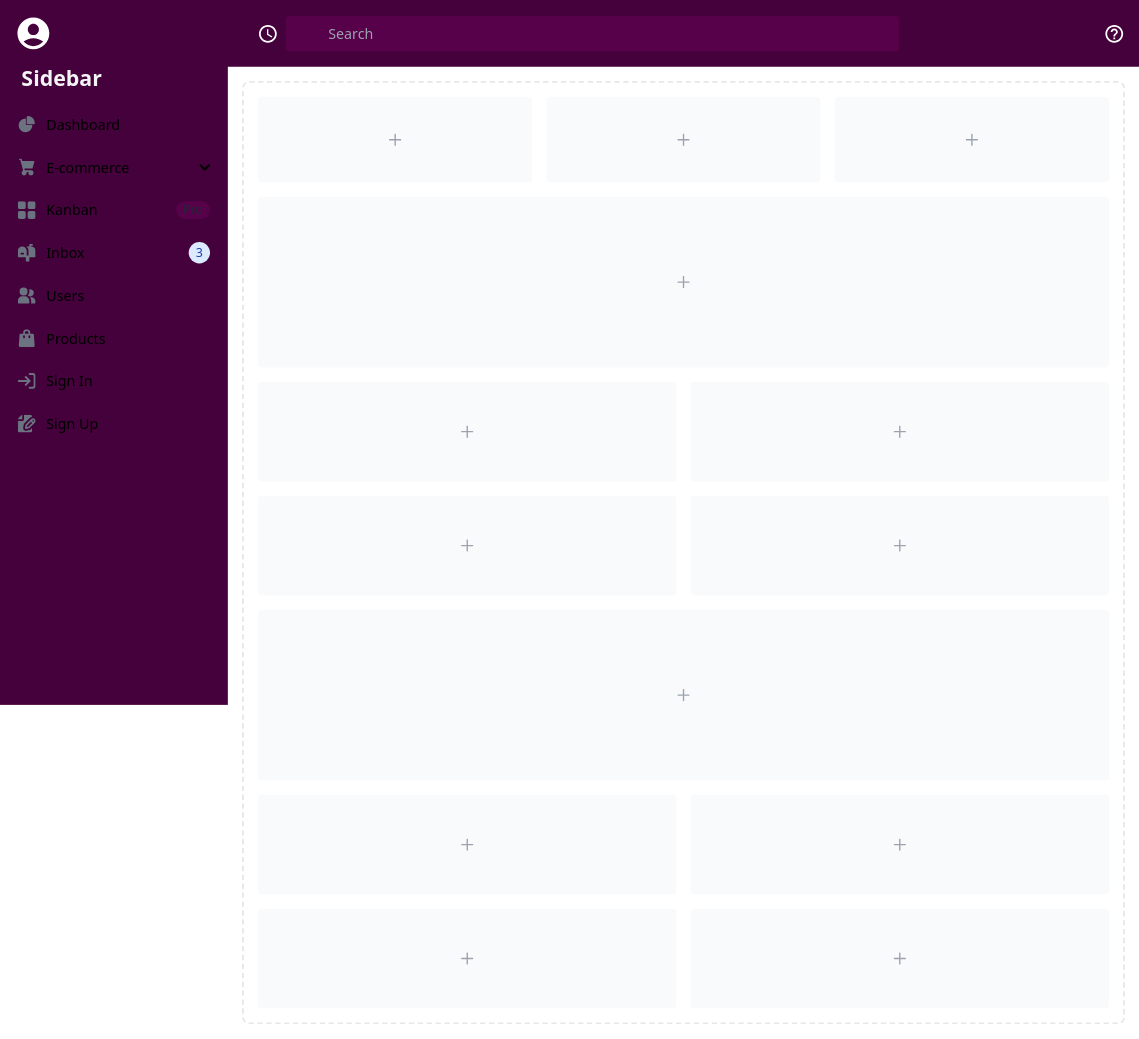
Repository: Shamraiz761/Slack_clone
Page: /
An editor plug-in stored every save of this project. The page is shown before and after the next save, followed by the edit.
The browser window is 1280 px wide. The pictures show the whole page, at 89% of full size.
The project was rebuilt for these pictures with package versions that can differ from the ones it lists, and the page was loaded fresh each time. Also part of the build but not shown: vite.config.js.

Above is the page before, as saved 2024-01-14 19:25:28.

### src/App.jsx

import React from 'react'
import Header from './components/header/Header'
import Sidebar from './components/sidebar/Sidebar'
function App() {

  return (
  <div className="">
    <div>
      <Header />
      </div>

      <Sidebar />
      {/* Other main content goes here */}
    </div>
  )
}

export default App

### src/components/sidebar/Sidebar.jsx
import React from "react";

function Sidebar() {
  return (
    <div className="relative">


      <aside
        id="sidebar-multi-level-sidebar"
        className="absolute top-full left-0 mt-[-1095px]  bg-[#45013b] w-64 h-screen transition-transform -translate-x-full sm:translate-x-0"
        aria-label="Sidebar"
      >
        <h1 className="ml-6 font-bold text-2xl text-gray-100">Sidebar</h1>
        <div className="h-full px-3 py-4 overflow-y-auto ">
          <ul className="space-y-2 font-medium">
            <li>
              <a
                href="#"
                className="flex items-center p-2  rounded-lg dark:text-white hover:bg-[#57014a]  group"
              >
                <svg
                  className="w-5 h-5 text-gray-500 transition duration-75 dark:text-gray-400 group-hover: dark:group-hover:text-white"
                  aria-hidden="true"
                  xmlns="http://www.w3.org/2000/svg"
                  fill="currentColor"
                  viewBox="0 0 22 21"
                >
                  <path d="M16.975 11H10V4.025a1 1 0 0 0-1.066-.998 8.5 8.5 0 1 0 9.039 9.039.999.999 0 0 0-1-1.066h.002Z" />
                  <path d="M12.5 0c-.157 0-.311.01-.565.027A1 1 0 0 0 11 1.02V10h8.975a1 1 0 0 0 1-.935c.013-.188.028-.374.028-.565A8.51 8.51 0 0 0 12.5 0Z" />
                </svg>
                <span className="ms-3">Dashboard</span>
              </a>
            </li>
            <li>
              <button
                type="button"
                className="flex items-center w-full p-2 text-base  transition duration-75 rounded-lg group hover:bg-[#57014a] dark:text-white "
                aria-controls="dropdown-example"
                data-collapse-toggle="dropdown-example"
              >
                <svg
                  className="flex-shrink-0 w-5 h-5 text-gray-500 transition duration-75 group-hover: dark:text-gray-400 dark:group-hover:text-white"
                  aria-hidden="true"
                  xmlns="http://www.w3.org/2000/svg"
                  fill="currentColor"
                  viewBox="0 0 18 21"
                >
                  <path d="M15 12a1 1 0 0 0 .962-.726l2-7A1 1 0 0 0 17 3H3.77L3.175.745A1 1 0 0 0 2.208 0H1a1 1 0 0 0 0 2h.438l.6 2.255v.019l2 7 .746 2.986A3 3 0 1 0 9 17a2.966 2.966 0 0 0-.184-1h2.368c-.118.32-.18.659-.184 1a3 3 0 1 0 3-3H6.78l-.5-2H15Z" />
                </svg>
                <span className="flex-1 ms-3 text-left rtl:text-right whitespace-nowrap">
                  E-commerce
                </span>
                <svg
                  className="w-3 h-3"
                  aria-hidden="true"
                  xmlns="http://www.w3.org/2000/svg"
                  fill="none"
                  viewBox="0 0 10 6"
                >
                  <path
                    stroke="currentColor"
                    stroke-linecap="round"
                    stroke-linejoin="round"
                    stroke-width="2"
                    d="m1 1 4 4 4-4"
                  />
                </svg>
              </button>
              <ul id="dropdown-example" className="hidden py-2 space-y-2">
                <li>
                  <a
                    href="#"
                    className="flex items-center w-full p-2  transition duration-75 rounded-lg pl-11 group hover:bg-[#57014a] dark:text-white "
                  >
                    Products
                  </a>
                </li>
                <li>
                  <a
                    href="#"
                    className="flex items-center w-full p-2  transition duration-75 rounded-lg pl-11 group hover:bg-[#57014a] dark:text-white "
                  >
                    Billing
                  </a>
                </li>
                <li>
                  <a
                    href="#"
                    className="flex items-center w-full p-2  transition duration-75 rounded-lg pl-11 group hover:bg-[#57014a] dark:text-white "
                  >
                    Invoice
                  </a>
                </li>
              </ul>
            </li>
            <li>
              <a
                href="#"
                className="flex items-center p-2  rounded-lg dark:text-white hover:bg-[#57014a]  group"
              >
                <svg
                  className="flex-shrink-0 w-5 h-5 text-gray-500 transition duration-75 dark:text-gray-400 group-hover: dark:group-hover:text-white"
                  aria-hidden="true"
                  xmlns="http://www.w3.org/2000/svg"
                  fill="currentColor"
                  viewBox="0 0 18 18"
                >
                  <path d="M6.143 0H1.857A1.857 1.857 0 0 0 0 1.857v4.286C0 7.169.831 8 1.857 8h4.286A1.857 1.857 0 0 0 8 6.143V1.857A1.857 1.857 0 0 0 6.143 0Zm10 0h-4.286A1.857 1.857 0 0 0 10 1.857v4.286C10 7.169 10.831 8 11.857 8h4.286A1.857 1.857 0 0 0 18 6.143V1.857A1.857 1.857 0 0 0 16.143 0Zm-10 10H1.857A1.857 1.857 0 0 0 0 11.857v4.286C0 17.169.831 18 1.857 18h4.286A1.857 1.857 0 0 0 8 16.143v-4.286A1.857 1.857 0 0 0 6.143 10Zm10 0h-4.286A1.857 1.857 0 0 0 10 11.857v4.286c0 1.026.831 1.857 1.857 1.857h4.286A1.857 1.857 0 0 0 18 16.143v-4.286A1.857 1.857 0 0 0 16.143 10Z" />
                </svg>
                <span className="flex-1 ms-3 whitespace-nowrap">Kanban</span>
                <span className="inline-flex items-center justify-center px-2 ms-3 text-sm font-medium text-gray-800 bg-[#57014a] rounded-full dark:bg-gray-700 dark:text-gray-300">
                  Pro
                </span>
              </a>
            </li>
            <li>
              <a
                href="#"
                className="flex items-center p-2  rounded-lg dark:text-white hover:bg-[#57014a]  group"
              >
                <svg
                  className="flex-shrink-0 w-5 h-5 text-gray-500 transition duration-75 dark:text-gray-400 group-hover: dark:group-hover:text-white"
                  aria-hidden="true"
                  xmlns="http://www.w3.org/2000/svg"
                  fill="currentColor"
                  viewBox="0 0 20 20"
                >
                  <path d="m17.418 3.623-.018-.008a6.713 6.713 0 0 0-2.4-.569V2h1a1 1 0 1 0 0-2h-2a1 1 0 0 0-1 1v2H9.89A6.977 6.977 0 0 1 12 8v5h-2V8A5 5 0 1 0 0 8v6a1 1 0 0 0 1 1h8v4a1 1 0 0 0 1 1h2a1 1 0 0 0 1-1v-4h6a1 1 0 0 0 1-1V8a5 5 0 0 0-2.582-4.377ZM6 12H4a1 1 0 0 1 0-2h2a1 1 0 0 1 0 2Z" />
                </svg>
                <span className="flex-1 ms-3 whitespace-nowrap">Inbox</span>
                <span className="inline-flex items-center justify-center w-3 h-3 p-3 ms-3 text-sm font-medium text-blue-800 bg-blue-100 rounded-full dark:bg-blue-900 dark:text-blue-300">
                  3
                </span>
              </a>
            </li>
            <li>
              <a
                href="#"
                className="flex items-center p-2  rounded-lg dark:text-white hover:bg-[#57014a]  group"
              >
                <svg
                  className="flex-shrink-0 w-5 h-5 text-gray-500 transition duration-75 dark:text-gray-400 group-hover: dark:group-hover:text-white"
                  aria-hidden="true"
                  xmlns="http://www.w3.org/2000/svg"
                  fill="currentColor"
                  viewBox="0 0 20 18"
                >
                  <path d="M14 2a3.963 3.963 0 0 0-1.4.267 6.439 6.439 0 0 1-1.331 6.638A4 4 0 1 0 14 2Zm1 9h-1.264A6.957 6.957 0 0 1 15 15v2a2.97 2.97 0 0 1-.184 1H19a1 1 0 0 0 1-1v-1a5.006 5.006 0 0 0-5-5ZM6.5 9a4.5 4.5 0 1 0 0-9 4.5 4.5 0 0 0 0 9ZM8 10H5a5.006 5.006 0 0 0-5 5v2a1 1 0 0 0 1 1h11a1 1 0 0 0 1-1v-2a5.006 5.006 0 0 0-5-5Z" />
                </svg>
                <span className="flex-1 ms-3 whitespace-nowrap">Users</span>
              </a>
            </li>
            <li>
              <a
                href="#"
                className="flex items-center p-2  rounded-lg dark:text-white hover:bg-[#57014a]  group"
              >
                <svg
                  className="flex-shrink-0 w-5 h-5 text-gray-500 transition duration-75 dark:text-gray-400 group-hover: dark:group-hover:text-white"
                  aria-hidden="true"
                  xmlns="http://www.w3.org/2000/svg"
                  fill="currentColor"
                  viewBox="0 0 18 20"
                >
                  <path d="M17 5.923A1 1 0 0 0 16 5h-3V4a4 4 0 1 0-8 0v1H2a1 1 0 0 0-1 .923L.086 17.846A2 2 0 0 0 2.08 20h13.84a2 2 0 0 0 1.994-2.153L17 5.923ZM7 9a1 1 0 0 1-2 0V7h2v2Zm0-5a2 2 0 1 1 4 0v1H7V4Zm6 5a1 1 0 1 1-2 0V7h2v2Z" />
                </svg>
                <span className="flex-1 ms-3 whitespace-nowrap">Products</span>
              </a>
            </li>
            <li>
              <a
                href="#"
                className="flex items-center p-2  rounded-lg dark:text-white hover:bg-[#57014a]  group"
              >
                <svg
                  className="flex-shrink-0 w-5 h-5 text-gray-500 transition duration-75 dark:text-gray-400 group-hover: dark:group-hover:text-white"
                  aria-hidden="true"
                  xmlns="http://www.w3.org/2000/svg"
                  fill="none"
                  viewBox="0 0 18 16"
                >
                  <path
                    stroke="currentColor"
                    stroke-linecap="round"
                    stroke-linejoin="round"
                    stroke-width="2"
                    d="M1 8h11m0 0L8 4m4 4-4 4m4-11h3a2 2 0 0 1 2 2v10a2 2 0 0 1-2 2h-3"
                  />
                </svg>
                <span className="flex-1 ms-3 whitespace-nowrap">Sign In</span>
              </a>
            </li>
            <li>
              <a
                href="#"
                className="flex items-center p-2  rounded-lg dark:text-white hover:bg-[#57014a]  group"
              >
                <svg
                  className="flex-shrink-0 w-5 h-5 text-gray-500 transition duration-75 dark:text-gray-400 group-hover: dark:group-hover:text-white"
                  aria-hidden="true"
                  xmlns="http://www.w3.org/2000/svg"
                  fill="currentColor"
                  viewBox="0 0 20 20"
                >
                  <path d="M5 5V.13a2.96 2.96 0 0 0-1.293.749L.879 3.707A2.96 2.96 0 0 0 .13 5H5Z" />
                  <path d="M6.737 11.061a2.961 2.961 0 0 1 .81-1.515l6.117-6.116A4.839 4.839 0 0 1 16 2.141V2a1.97 1.97 0 0 0-1.933-2H7v5a2 2 0 0 1-2 2H0v11a1.969 1.969 0 0 0 1.933 2h12.134A1.97 1.97 0 0 0 16 18v-3.093l-1.546 1.546c-.413.413-.94.695-1.513.81l-3.4.679a2.947 2.947 0 0 1-1.85-.227 2.96 2.96 0 0 1-1.635-3.257l.681-3.397Z" />
                  <path d="M8.961 16a.93.93 0 0 0 .189-.019l3.4-.679a.961.961 0 0 0 .49-.263l6.118-6.117a2.884 2.884 0 0 0-4.079-4.078l-6.117 6.117a.96.96 0 0 0-.263.491l-.679 3.4A.961.961 0 0 0 8.961 16Zm7.477-9.8a.958.958 0 0 1 .68-.281.961.961 0 0 1 .682 1.644l-.315.315-1.36-1.36.313-.318Zm-5.911 5.911 4.236-4.236 1.359 1.359-4.236 4.237-1.7.339.341-1.699Z" />
                </svg>
                <span className="flex-1 ms-3 whitespace-nowrap">Sign Up</span>
              </a>
            </li>
          </ul>
        </div>
      </aside>

      <div className="p-4 sm:ml-64">
        <div className="p-4 border-2 border-gray-200 border-dashed rounded-lg dark:border-gray-700">
          <div className="grid grid-cols-3 gap-4 mb-4">
            <div className="flex items-center justify-center h-24 rounded bg-gray-50 dark:bg-gray-800">
              <p className="text-2xl text-gray-400 dark:text-gray-500">
                <svg
                  className="w-3.5 h-3.5"
                  aria-hidden="true"
                  xmlns="http://www.w3.org/2000/svg"
                  fill="none"
                  viewBox="0 0 18 18"
                >
                  <path
                    stroke="currentColor"
                    stroke-linecap="round"
                    stroke-linejoin="round"
                    stroke-width="2"
                    d="M9 1v16M1 9h16"
                  />
                </svg>
              </p>
            </div>
            <div className="flex items-center justify-center h-24 rounded bg-gray-50 dark:bg-gray-800">
              <p className="text-2xl text-gray-400 dark:text-gray-500">
                <svg
                  className="w-3.5 h-3.5"
                  aria-hidden="true"
                  xmlns="http://www.w3.org/2000/svg"
                  fill="none"
                  viewBox="0 0 18 18"
                >
                  <path
                    stroke="currentColor"
                    stroke-linecap="round"
                    stroke-linejoin="round"
                    stroke-width="2"
                    d="M9 1v16M1 9h16"
                  />
                </svg>
              </p>
            </div>
            <div className="flex items-center justify-center h-24 rounded bg-gray-50 dark:bg-gray-800">
              <p className="text-2xl text-gray-400 dark:text-gray-500">
                <svg
                  className="w-3.5 h-3.5"
                  aria-hidden="true"
                  xmlns="http://www.w3.org/2000/svg"
                  fill="none"
                  viewBox="0 0 18 18"
                >
                  <path
                    stroke="currentColor"
                    stroke-linecap="round"
                    stroke-linejoin="round"
                    stroke-width="2"
                    d="M9 1v16M1 9h16"
                  />
                </svg>
              </p>
            </div>
          </div>
          <div className="flex items-center justify-center h-48 mb-4 rounded bg-gray-50 dark:bg-gray-800">
            <p className="text-2xl text-gray-400 dark:text-gray-500">
              <svg
                className="w-3.5 h-3.5"
                aria-hidden="true"
                xmlns="http://www.w3.org/2000/svg"
                fill="none"
                viewBox="0 0 18 18"
              >
                <path
                  stroke="currentColor"
                  stroke-linecap="round"
                  stroke-linejoin="round"
                  stroke-width="2"
                  d="M9 1v16M1 9h16"
                />
              </svg>
            </p>
          </div>
          <div className="grid grid-cols-2 gap-4 mb-4">
            <div className="flex items-center justify-center rounded bg-gray-50 h-28 dark:bg-gray-800">
              <p className="text-2xl text-gray-400 dark:text-gray-500">
                <svg
                  className="w-3.5 h-3.5"
                  aria-hidden="true"
                  xmlns="http://www.w3.org/2000/svg"
                  fill="none"
                  viewBox="0 0 18 18"
                >
                  <path
                    stroke="currentColor"
                    stroke-linecap="round"
                    stroke-linejoin="round"
                    stroke-width="2"
                    d="M9 1v16M1 9h16"
                  />
                </svg>
              </p>
            </div>
            <div className="flex items-center justify-center rounded bg-gray-50 h-28 dark:bg-gray-800">
              <p className="text-2xl text-gray-400 dark:text-gray-500">
                <svg
                  className="w-3.5 h-3.5"
                  aria-hidden="true"
                  xmlns="http://www.w3.org/2000/svg"
                  fill="none"
                  viewBox="0 0 18 18"
                >
                  <path
                    stroke="currentColor"
                    stroke-linecap="round"
                    stroke-linejoin="round"
                    stroke-width="2"
                    d="M9 1v16M1 9h16"
                  />
                </svg>
              </p>
            </div>
            <div className="flex items-center justify-center rounded bg-gray-50 h-28 dark:bg-gray-800">
              <p className="text-2xl text-gray-400 dark:text-gray-500">
                <svg
                  className="w-3.5 h-3.5"
                  aria-hidden="true"
                  xmlns="http://www.w3.org/2000/svg"
                  fill="none"
                  viewBox="0 0 18 18"
                >
                  <path
                    stroke="currentColor"
                    stroke-linecap="round"
                    stroke-linejoin="round"
                    stroke-width="2"
                    d="M9 1v16M1 9h16"
                  />
                </svg>
              </p>
            </div>
            <div className="flex items-center justify-center rounded bg-gray-50 h-28 dark:bg-gray-800">
              <p className="text-2xl text-gray-400 dark:text-gray-500">
                <svg
                  className="w-3.5 h-3.5"
                  aria-hidden="true"
                  xmlns="http://www.w3.org/2000/svg"
                  fill="none"
                  viewBox="0 0 18 18"
                >
                  <path
                    stroke="currentColor"
                    stroke-linecap="round"
                    stroke-linejoin="round"
                    stroke-width="2"
                    d="M9 1v16M1 9h16"
                  />
                </svg>
              </p>
            </div>
          </div>
          <div className="flex items-center justify-center h-48 mb-4 rounded bg-gray-50 dark:bg-gray-800">
            <p className="text-2xl text-gray-400 dark:text-gray-500">
              <svg
                className="w-3.5 h-3.5"
                aria-hidden="true"
                xmlns="http://www.w3.org/2000/svg"
                fill="none"
                viewBox="0 0 18 18"
              >
                <path
                  stroke="currentColor"
                  stroke-linecap="round"
                  stroke-linejoin="round"
                  stroke-width="2"
                  d="M9 1v16M1 9h16"
                />
              </svg>
            </p>
          </div>
          <div className="grid grid-cols-2 gap-4">
            <div className="flex items-center justify-center rounded bg-gray-50 h-28 dark:bg-gray-800">
              <p className="text-2xl text-gray-400 dark:text-gray-500">
                <svg
                  className="w-3.5 h-3.5"
                  aria-hidden="true"
                  xmlns="http://www.w3.org/2000/svg"
                  fill="none"
                  viewBox="0 0 18 18"
                >
                  <path
                    stroke="currentColor"
                    stroke-linecap="round"
                    stroke-linejoin="round"
                    stroke-width="2"
                    d="M9 1v16M1 9h16"
                  />
                </svg>
              </p>
            </div>
            <div className="flex items-center justify-center rounded bg-gray-50 h-28 dark:bg-gray-800">
              <p className="text-2xl text-gray-400 dark:text-gray-500">
                <svg
                  className="w-3.5 h-3.5"
                  aria-hidden="true"
                  xmlns="http://www.w3.org/2000/svg"
                  fill="none"
                  viewBox="0 0 18 18"
                >
                  <path
                    stroke="currentColor"
                    stroke-linecap="round"
                    stroke-linejoin="round"
                    stroke-width="2"
                    d="M9 1v16M1 9h16"
                  />
                </svg>
              </p>
            </div>
            <div className="flex items-center justify-center rounded bg-gray-50 h-28 dark:bg-gray-800">
              <p className="text-2xl text-gray-400 dark:text-gray-500">
                <svg
                  className="w-3.5 h-3.5"
                  aria-hidden="true"
                  xmlns="http://www.w3.org/2000/svg"
                  fill="none"
                  viewBox="0 0 18 18"
                >
                  <path
                    stroke="currentColor"
                    stroke-linecap="round"
                    stroke-linejoin="round"
                    stroke-width="2"
                    d="M9 1v16M1 9h16"
                  />
                </svg>
              </p>
            </div>
            <div className="flex items-center justify-center rounded bg-gray-50 h-28 dark:bg-gray-800">
              <p className="text-2xl text-gray-400 dark:text-gray-500">
                <svg
                  className="w-3.5 h-3.5"
                  aria-hidden="true"
                  xmlns="http://www.w3.org/2000/svg"
                  fill="none"
                  viewBox="0 0 18 18"
                >
                  <path
                    stroke="currentColor"
                    stroke-linecap="round"
                    stroke-linejoin="round"
                    stroke-width="2"
                    d="M9 1v16M1 9h16"
                  />
                </svg>
              </p>
            </div>
          </div>
        </div>
      </div>
    </div>
  );
}

export default Sidebar;

Loaded but not shown: index.html (common file); src/main.jsx (common file); src/index.css (common file); tailwind.config.js (common file); src/components/header/Header.jsx (48 lines, source omitted)

After the next save:
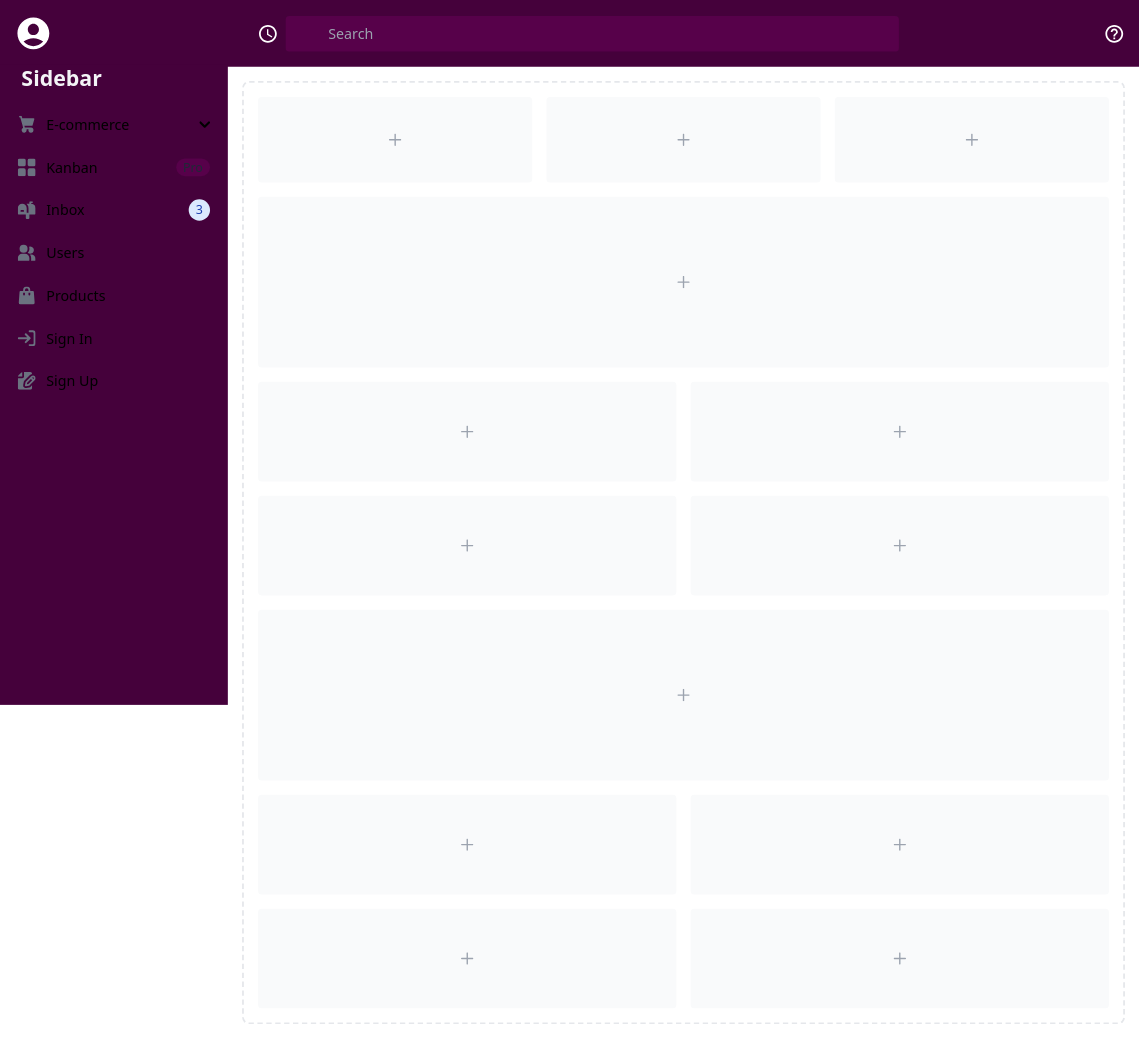
Saved 4 h 21 min later.
--- a/src/components/sidebar/Sidebar.jsx
+++ b/src/components/sidebar/Sidebar.jsx
@@ -13,24 +13,7 @@ function Sidebar() {
         <h1 className="ml-6 font-bold text-2xl text-gray-100">Sidebar</h1>
         <div className="h-full px-3 py-4 overflow-y-auto ">
           <ul className="space-y-2 font-medium">
-            <li>
-              <a
-                href="#"
-                className="flex items-center p-2  rounded-lg dark:text-white hover:bg-[#57014a]  group"
-              >
-                <svg
-                  className="w-5 h-5 text-gray-500 transition duration-75 dark:text-gray-400 group-hover: dark:group-hover:text-white"
-                  aria-hidden="true"
-                  xmlns="http://www.w3.org/2000/svg"
-                  fill="currentColor"
-                  viewBox="0 0 22 21"
-                >
-                  <path d="M16.975 11H10V4.025a1 1 0 0 0-1.066-.998 8.5 8.5 0 1 0 9.039 9.039.999.999 0 0 0-1-1.066h.002Z" />
-                  <path d="M12.5 0c-.157 0-.311.01-.565.027A1 1 0 0 0 11 1.02V10h8.975a1 1 0 0 0 1-.935c.013-.188.028-.374.028-.565A8.51 8.51 0 0 0 12.5 0Z" />
-                </svg>
-                <span className="ms-3">Dashboard</span>
-              </a>
-            </li>
+
             <li>
               <button
                 type="button"
